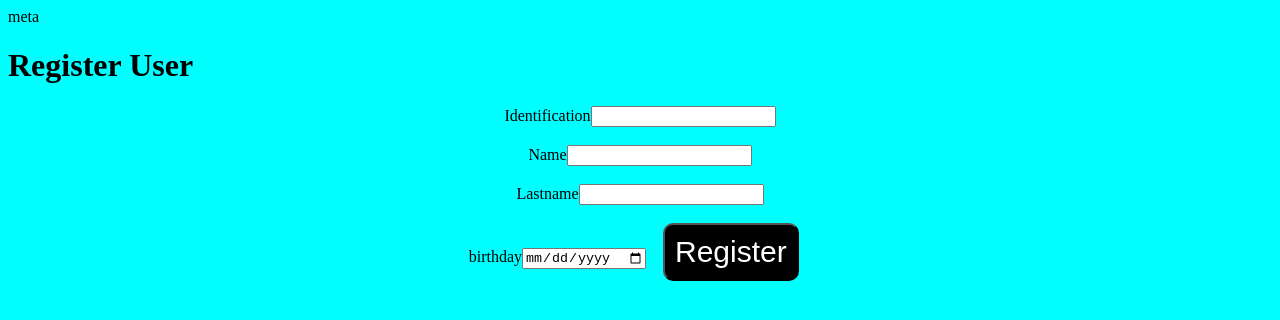
Repository: jordavy/TalentoTech
Page: templates/register.html
The author's editor kept a record of every edit. The page is drawn from the files as they stood at one moment, then again after the next edit.
The browser window is 1280 px wide. The pictures show the whole page.

Above is the page before.

After the next edit:
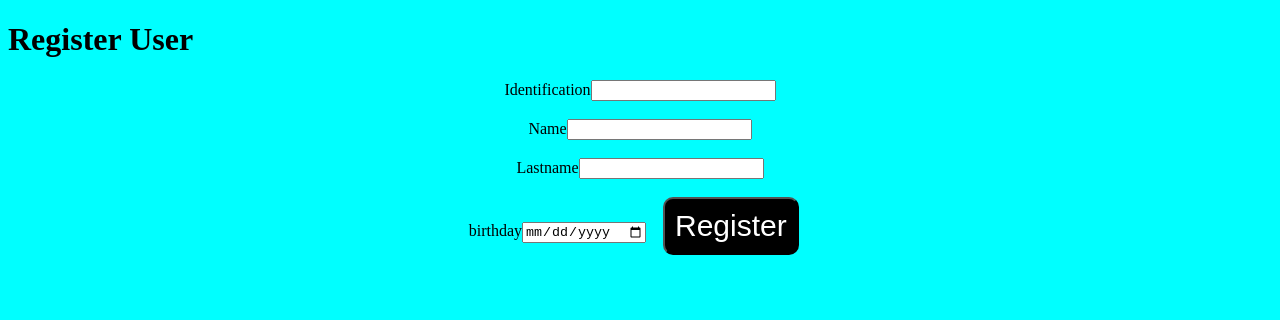
The edit:
--- a/templates/register.html
+++ b/templates/register.html
@@ -3,8 +3,8 @@
     <head>
         <meta http-equiv="content-type" content="text/html; charset=utf-8" />
         <link rel="stylesheet" href="../static/css/styleRegister.css" type="text/css" media="all" />
+        <script type="text/javascript" src="../static/js/appRegister.js"></script>
         <title>Web Page</title>
-        meta
     </head>
     <body>
         <h1>Register User</h1>
